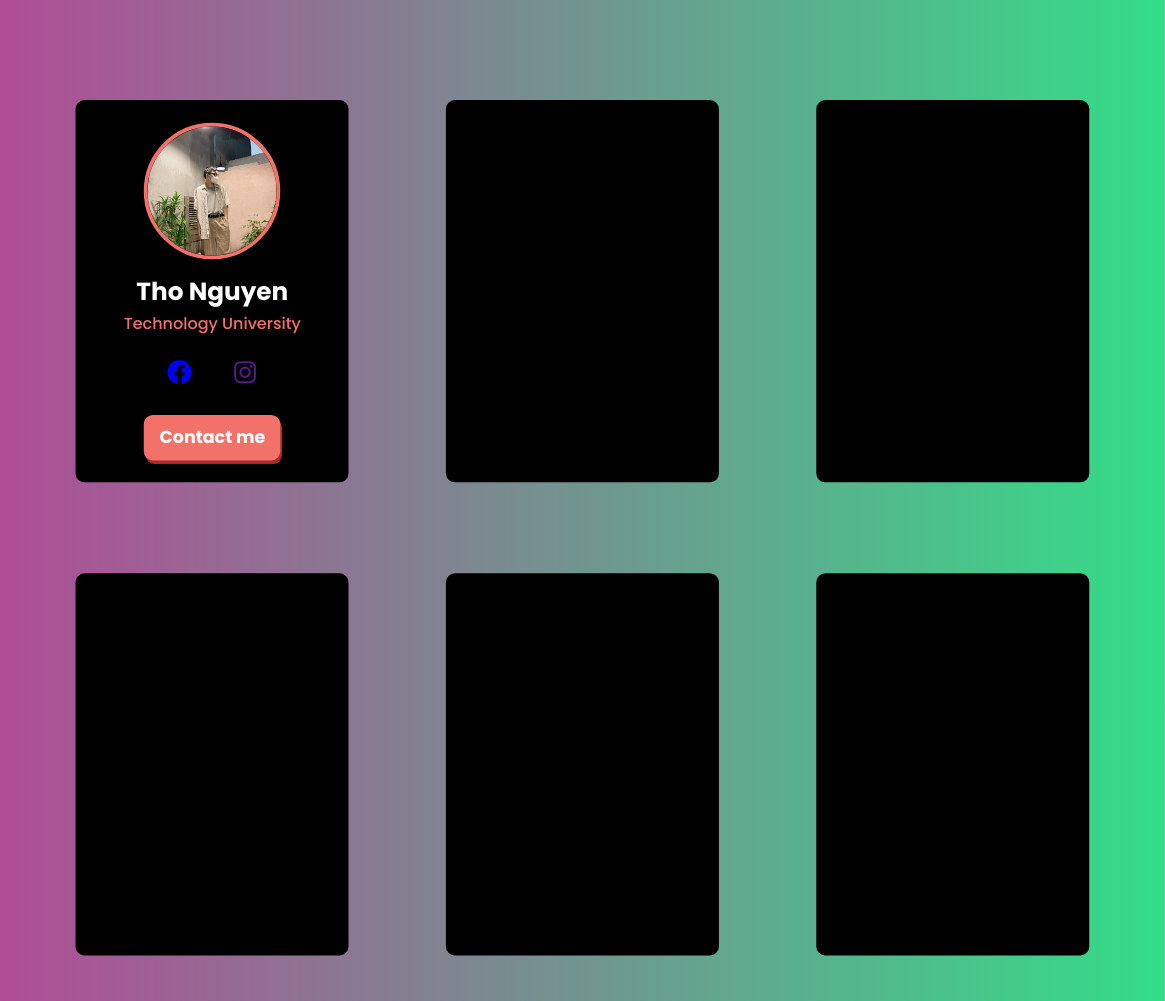
Repository: lausamtuong/profileCard
Page: index.html
These files come from the project's save history. The page is drawn as it stood at one moment and after the next save; the edit follows.
The browser window is 1280 px wide. The pictures show the whole page, at 91% of full size.
The style sheet was rebuilt from its Sass, Less or Tailwind sources for each picture, by a compiler version that may differ from the author's.

Above is the page before, as saved 2021-12-14 18:03:54.

After the next save:
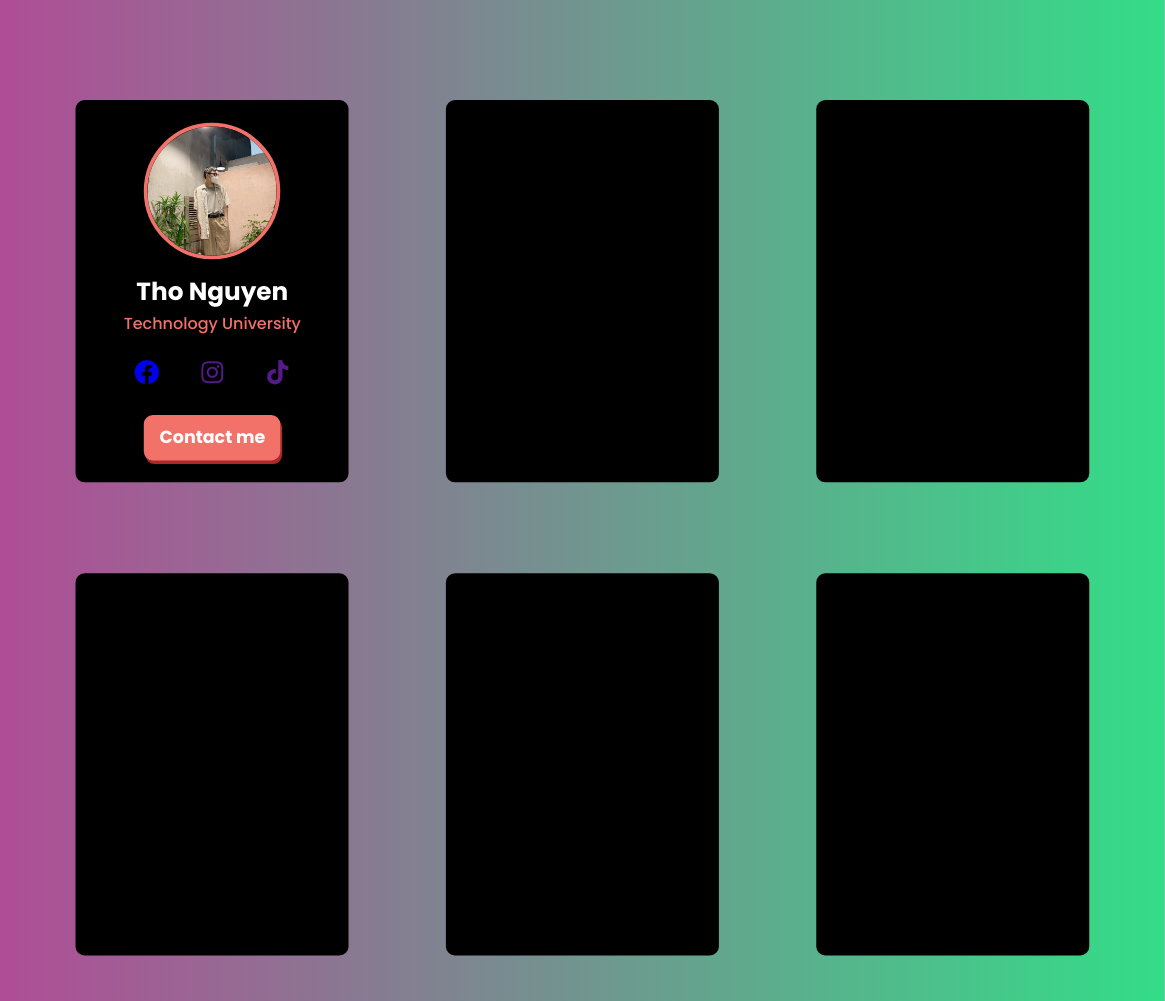
Saved 6 s later.
--- a/index.html
+++ b/index.html
@@ -23,7 +23,7 @@
                     <i class='bx bxl-facebook-circle'></i>
                 </a>
                 <a href=""> <i class='bx bxl-instagram' ></i></a>
-                <a href=""></a>
+                <a href=""> <i class='bx bxl-tiktok'></i></a>
 
             </div>
             <div class="card__btn">Contact me</div>
